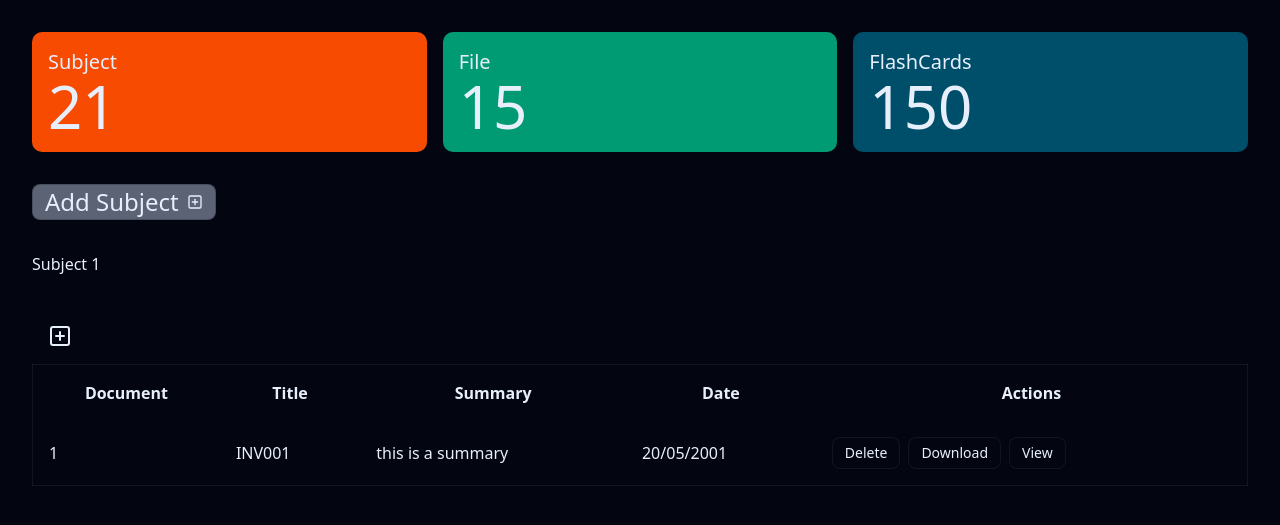
Repository: SywarDer/Student-Assistance
Page: /dashboard (app in student-assistant/)
The author's editor kept a copy of each file at every save. The page is drawn from the files as they stood at one save, then again after the next save.
The browser window is 1280 px wide. The pictures show the whole page.
The project was rebuilt for these pictures with package versions that can differ from the ones it lists, and the page was loaded fresh each time. The framework's server and built-in components were replaced by stand-ins that run in the browser. Also part of the build but not shown: student-assistant/next.config.ts, student-assistant/components/ui/input.tsx.

Above is the page before, as saved 2025-10-30 20:44:38.

After the next save:
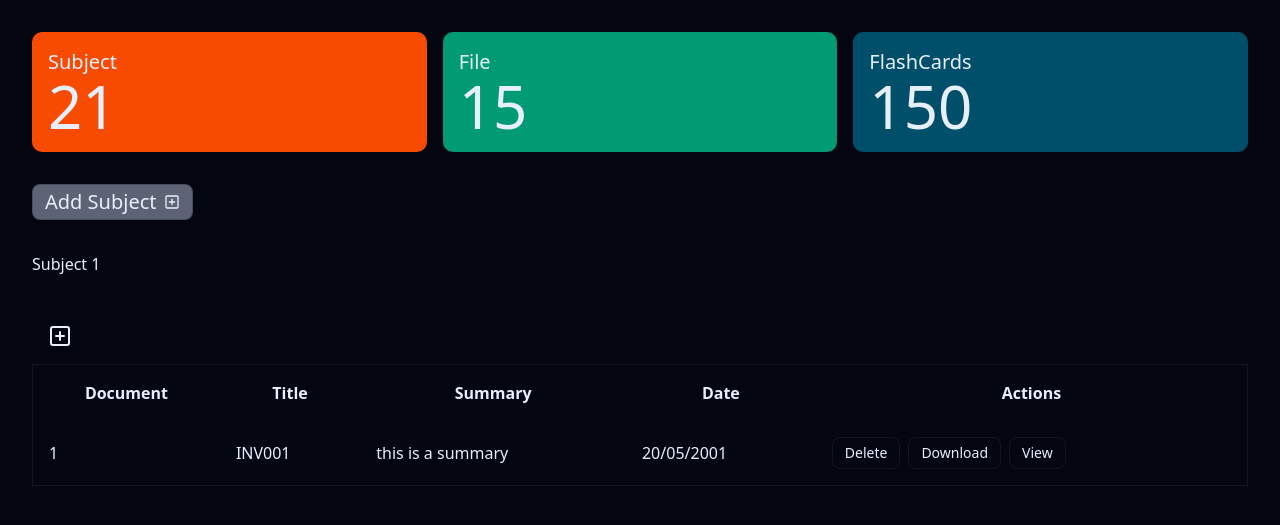
Saved 36 s later.
--- a/student-assistant/app/dashboard/page.tsx
+++ b/student-assistant/app/dashboard/page.tsx
@@ -50,7 +50,7 @@ export default function Dashboard() {
             {/* Button new subject */}
             <Popover>
                 <PopoverTrigger asChild>
-                    <Button variant="outline" className="cursor-pointer text-2xl" style={{backgroundColor:"var(--ring)"}}>Add Subject <PlusSquare /></Button>
+                    <Button variant="outline" className="cursor-pointer text-xl" style={{backgroundColor:"var(--ring)"}}>Add Subject <PlusSquare /></Button>
                 </PopoverTrigger>
                 <PopoverContent className="w-80">
                     <div className="grid gap-4">
